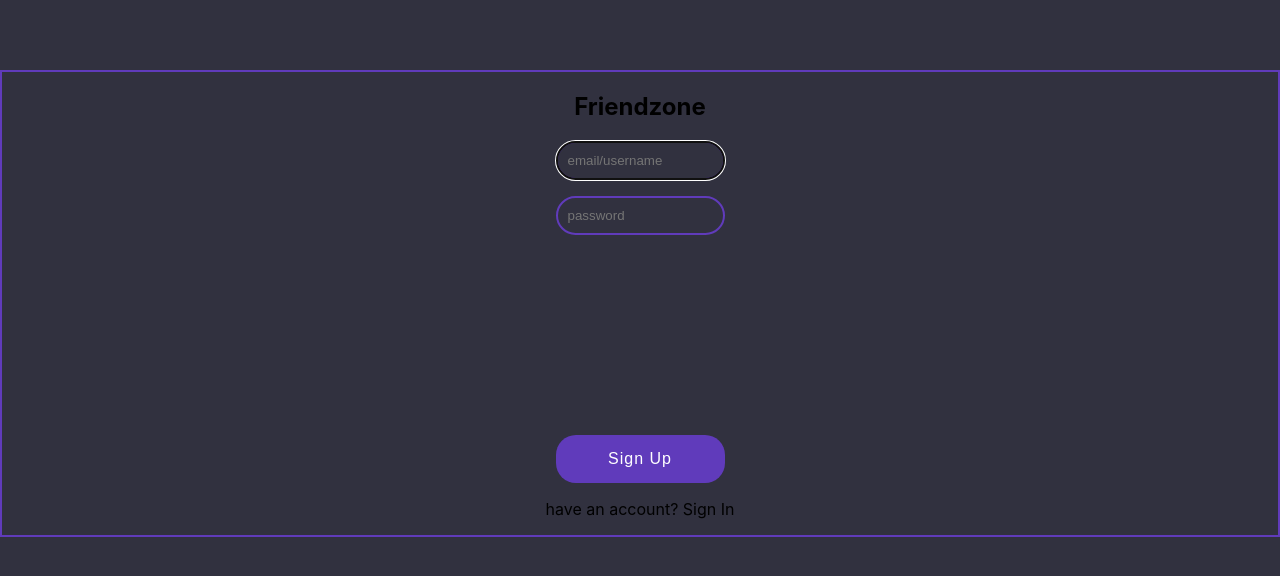
Repository: DerickT02/friend-zone
Page: /
An editor plug-in stored every save of this project. The page is shown before and after the next save, followed by the edit.
The browser window is 1280 px wide. The pictures show the whole page.
The project was rebuilt for these pictures with package versions that can differ from the ones it lists, and the page was loaded fresh each time. Also part of the build but not shown: src/Appreducer.js, src/GlobalState.js, src/Post.js, src/Homepage.js, src/fire.js.

Above is the page before, as saved 2021-07-07 07:55:03.

After the next save:
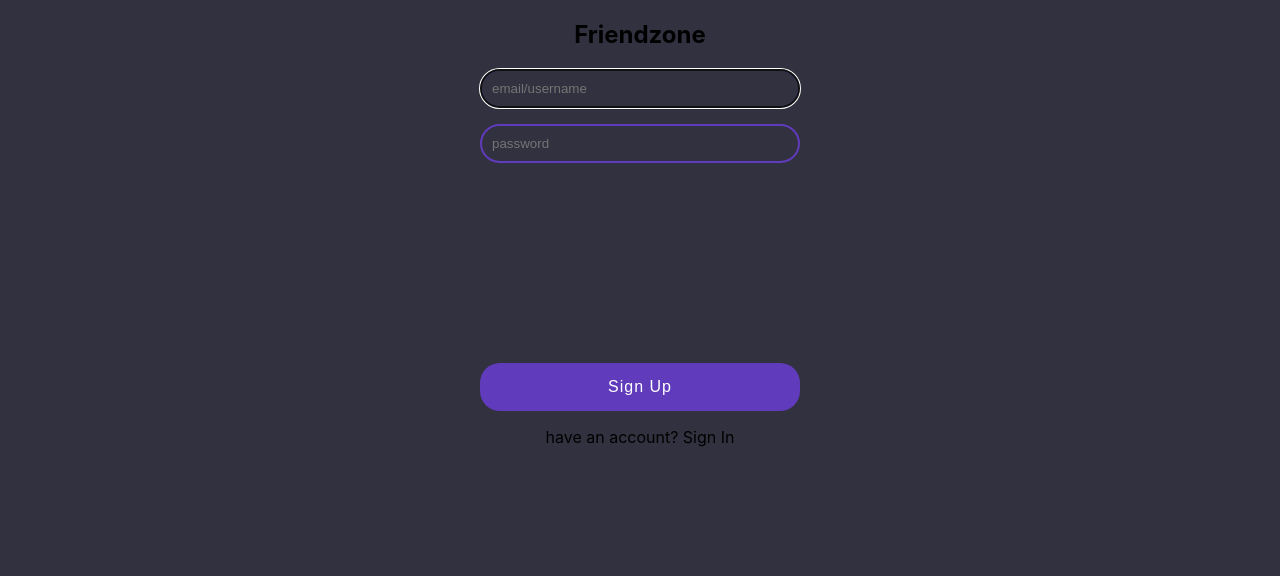
Saved 8 s later.
--- a/src/Login.css
+++ b/src/Login.css
@@ -4,10 +4,7 @@
 
 
 .login .loginContainer {
-  margin-top: 70px;
- padding-left: 300px;
- padding-right: 300px;
-  border: 2px solid #603bbb;
+
 }
 
 .login .loginContainer input {
